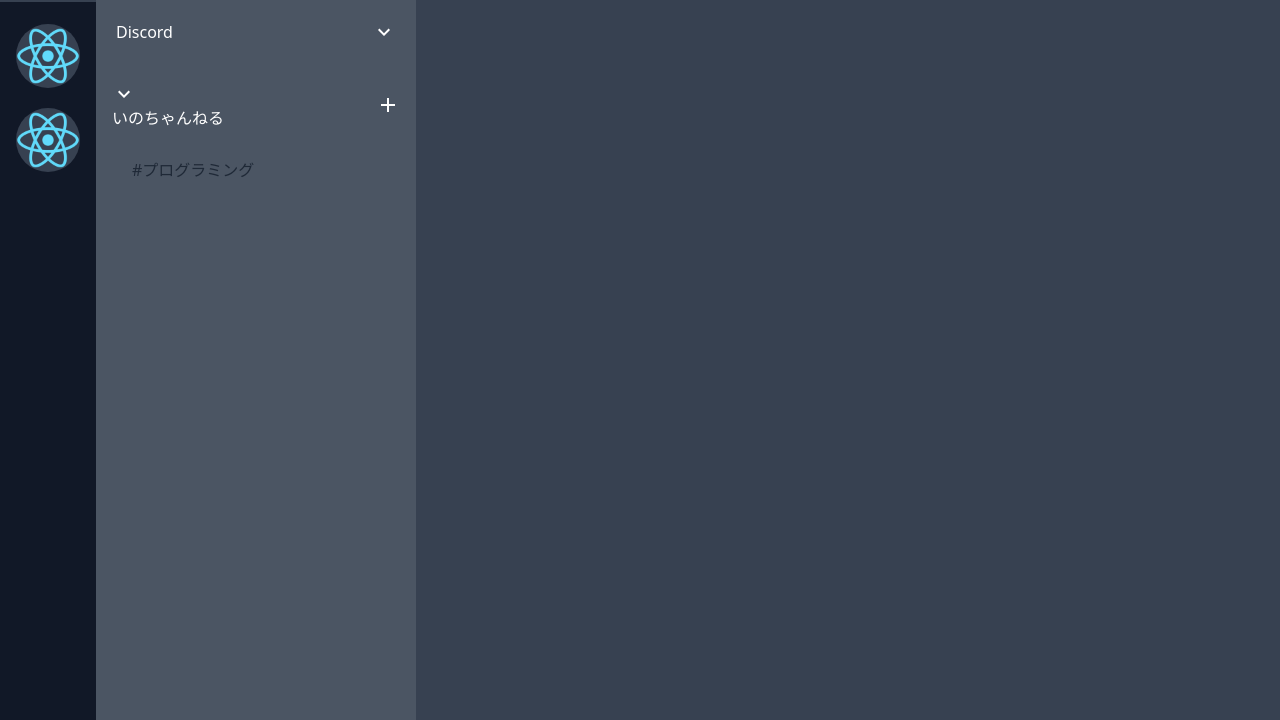
Repository: koheiino/discord-clone
Page: /
An editor plug-in stored every save of this project. The page is shown before and after the next save, followed by the edit.
The browser window is 1280 px wide. The pictures show the whole page.
The project was rebuilt for these pictures with package versions that can differ from the ones it lists, and the page was loaded fresh each time. Also part of the build but not shown: src/App.css.

Above is the page before, as saved 2023-04-05 23:46:28.

### src/App.tsx
import React from 'react';
import './App.css';
import Sidebar from './components/Sidebar';

function App() {
  return (
    <div className="App">
      {/*  sidebar*/}
      <Sidebar />
    </div>
  );
}

export default App;

### src/components/Sidebar.tsx
import React from 'react'
import ExpandMoreIcon from '@mui/icons-material/ExpandMore';
import AddIcon from '@mui/icons-material/Add';
import SidebarChannnel from './SidebarChannnel';

const Sidebar = () => {
  return (
    <div className='sidebar flex h-screen bg-gray-700'>
      {/* sidevbarLeft */}
      <div className="sidebarLeft flex flex-col items-center mt-0.5 bg-gray-900
      py-0.5 px-4">
        <div className="flex serverIcon w-16 h-16 bg-gray-700
        rounded-full justify-between items-center mt-5">
            <img className='w-15
            ' src="./logo192.png" alt="" />
        </div>
        <div className="flex serverIcon w-16 h-16 bg-gray-700
        rounded-full justify-between items-center mt-5">
            <img className='w-15
            ' src="./logo192.png" alt="" />
        </div>
      </div>
      {/* sidebarRight */}
      <div className="sidebarRight bg-gray-600 w-80">
        <div className="sidebarTop text-white flex items-center justify-between p-5">
            <h3>Discord</h3>
            <ExpandMoreIcon />
        </div>
        <div className="sidebarChannels p-3">
          <div className="sidebarChannelsHeader flex text-white justify-between m-1 items-center">
            <div className="sidebarHeader">
              <ExpandMoreIcon />
              <h4>いのちゃんねる</h4>
            </div>
            <AddIcon className='cursor-pointer' />
          </div>
          <div className="sidebarChannelsList ">
            <SidebarChannnel />
          </div>
        </div>
      </div>
    </div>
  )
}

export default Sidebar

### src/components/SidebarChannnel.tsx
import React from 'react'

const SidebarChannnel = () => {
  return (
    <div>
      <div className="sidebarChannel p-5">
        <h4 className='text-gray-800 flex items-center p-1 cursor-pointer'>
            <span className="sidebarChannelHash">
                #
            </span>
            プログラミング
        </h4>
      </div>
    </div>
  )
}

export default SidebarChannnel

Loaded but not shown: public/index.html (common file); src/index.tsx (common file); src/index.css (common file); tailwind.config.js (common file)

After the next save:
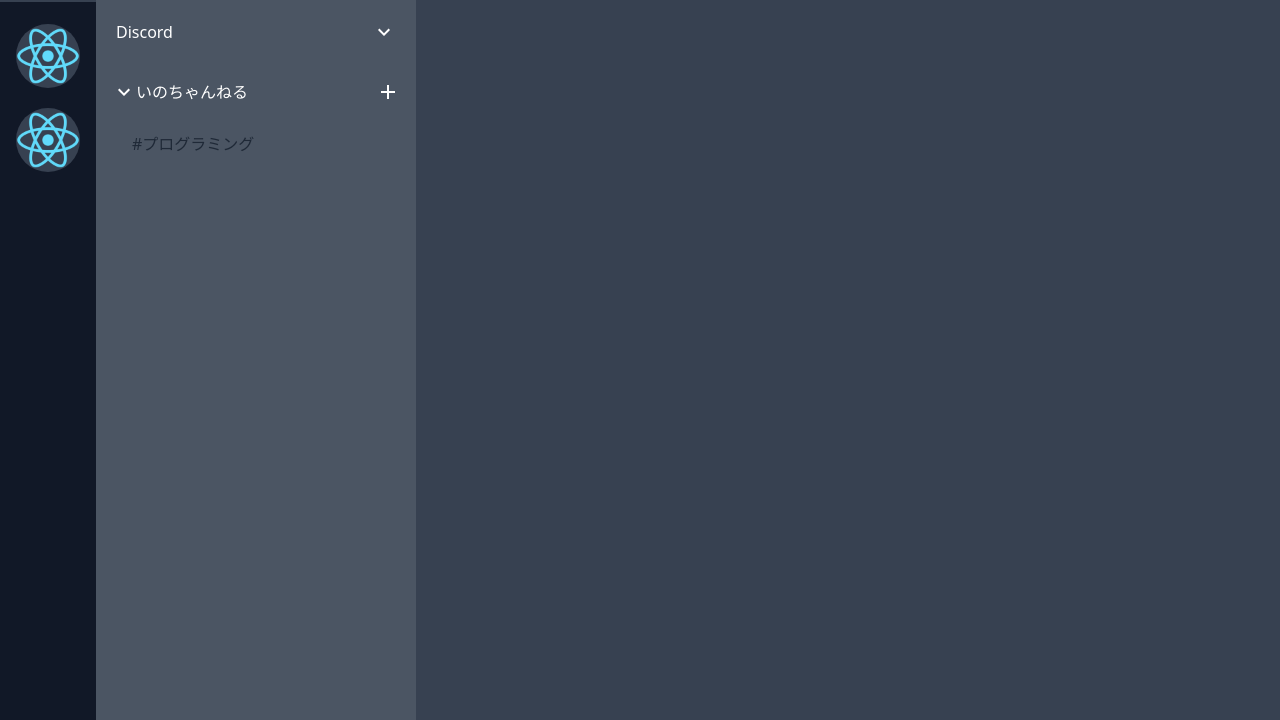
Saved 43 s later.
--- a/src/components/Sidebar.tsx
+++ b/src/components/Sidebar.tsx
@@ -28,7 +28,7 @@
         </div>
         <div className="sidebarChannels p-3">
           <div className="sidebarChannelsHeader flex text-white justify-between m-1 items-center">
-            <div className="sidebarHeader">
+            <div className="sidebarHeader flex">
               <ExpandMoreIcon />
               <h4>いのちゃんねる</h4>
             </div>
